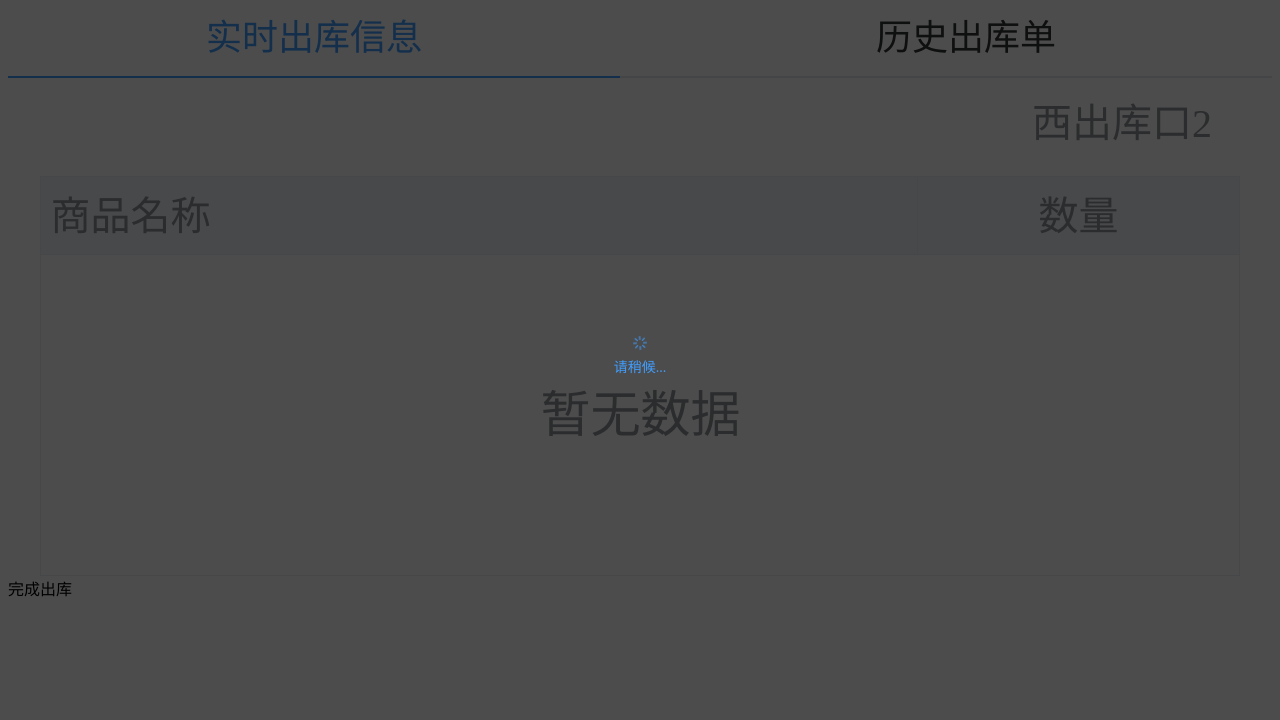
Repository: yaesass/yaesass
Page: /#/InStockDetail (app in scancode/)
The author's editor kept a copy of each file at every save. The page is drawn from the files as they stood at one save, then again after the next save.
The browser window is 1280 px wide. The pictures show the whole page.
The page's requests for data from a server got no answer. The project was rebuilt for these pictures with package versions that can differ from the ones it lists, and the page was loaded fresh each time. No one was signed in, and anything a server would have sent is missing. Also part of the build but not shown: scancode/vue.config.js.

Above is the page before, as saved 2022-07-01 11:18:09.

After the next save:
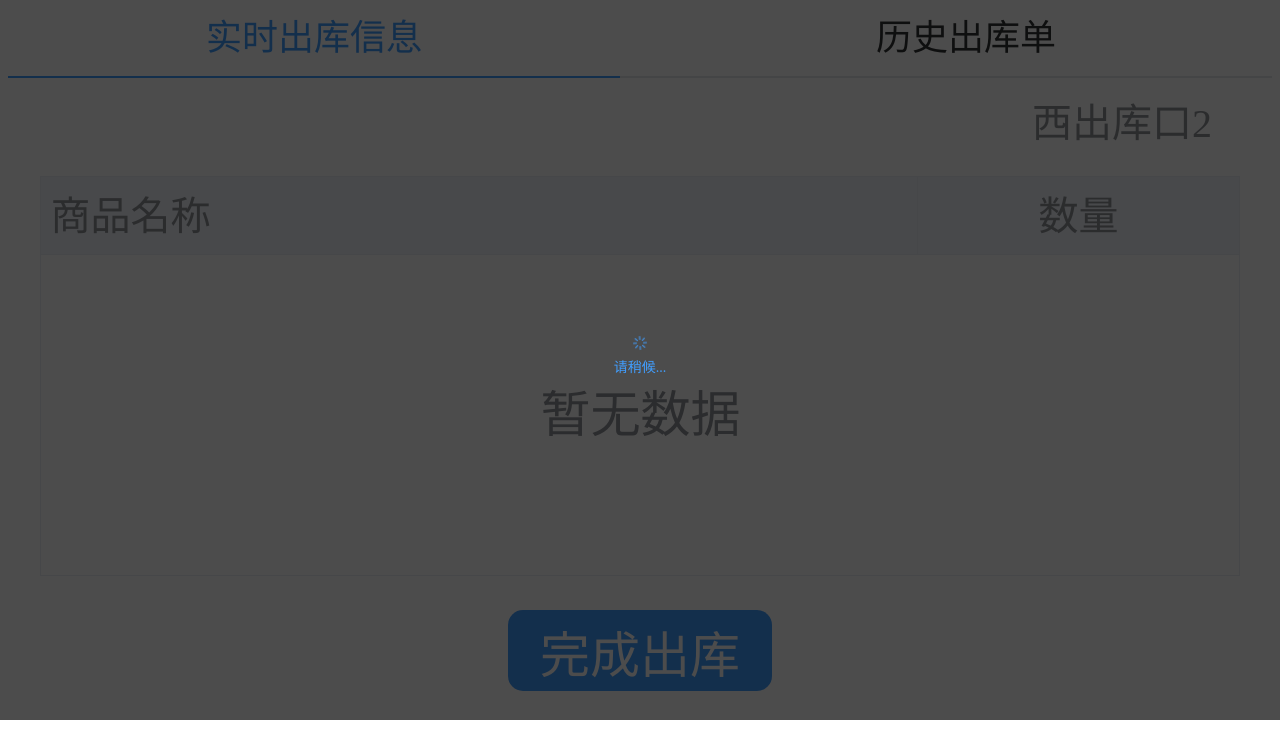
Saved 58 s later.
--- a/scancode/src/views/OutStock.vue
+++ b/scancode/src/views/OutStock.vue
@@ -307,4 +307,20 @@ export default {
   border: 2px solid #ffb89143;
   border-radius: 10px;
 }
+
+.zero {
+  display: flex;
+  margin: 34px auto;
+  width: 264px;
+  height: 81px;
+  border-radius: 15px;
+  background: #409eff;
+}
+
+.zero .btntxt {
+  margin: auto;
+  font-size: 50px;
+  font-weight: 300;
+  color: #ffffff;
+}
 </style>
